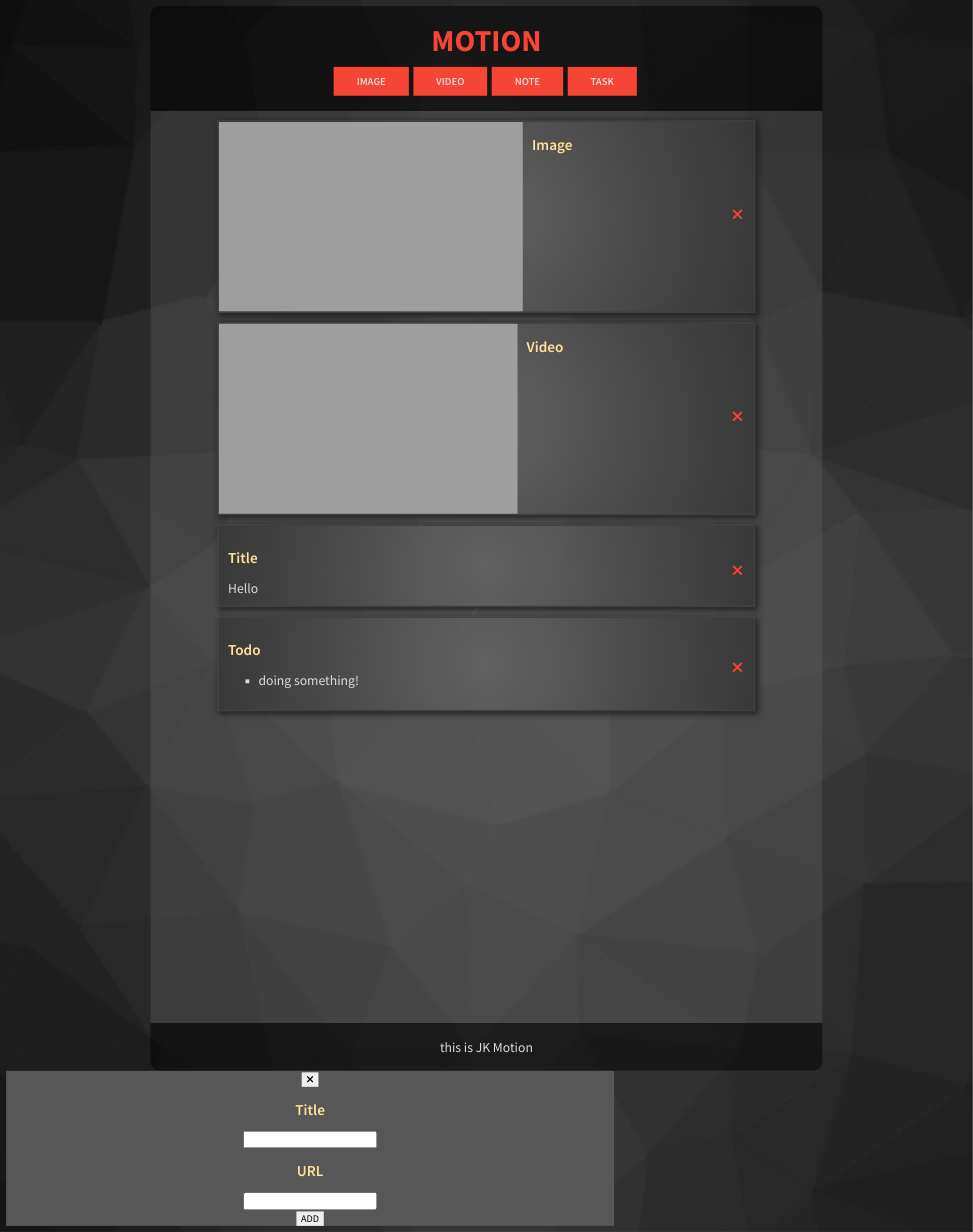
Repository: keehoonjung/Motion-project
Page: index.html
The author's editor kept a copy of each file at every save. The page is drawn from the files as they stood at one save, then again after the next save.
The browser window is 1280 px wide. The pictures show the whole page, at 76% of full size.
Pictures or frames that could not be fetched are drawn as grey boxes. Some web libraries are served in a nearby version.

Above is the page before, as saved 2021-08-23 16:44:12.

After the next save:
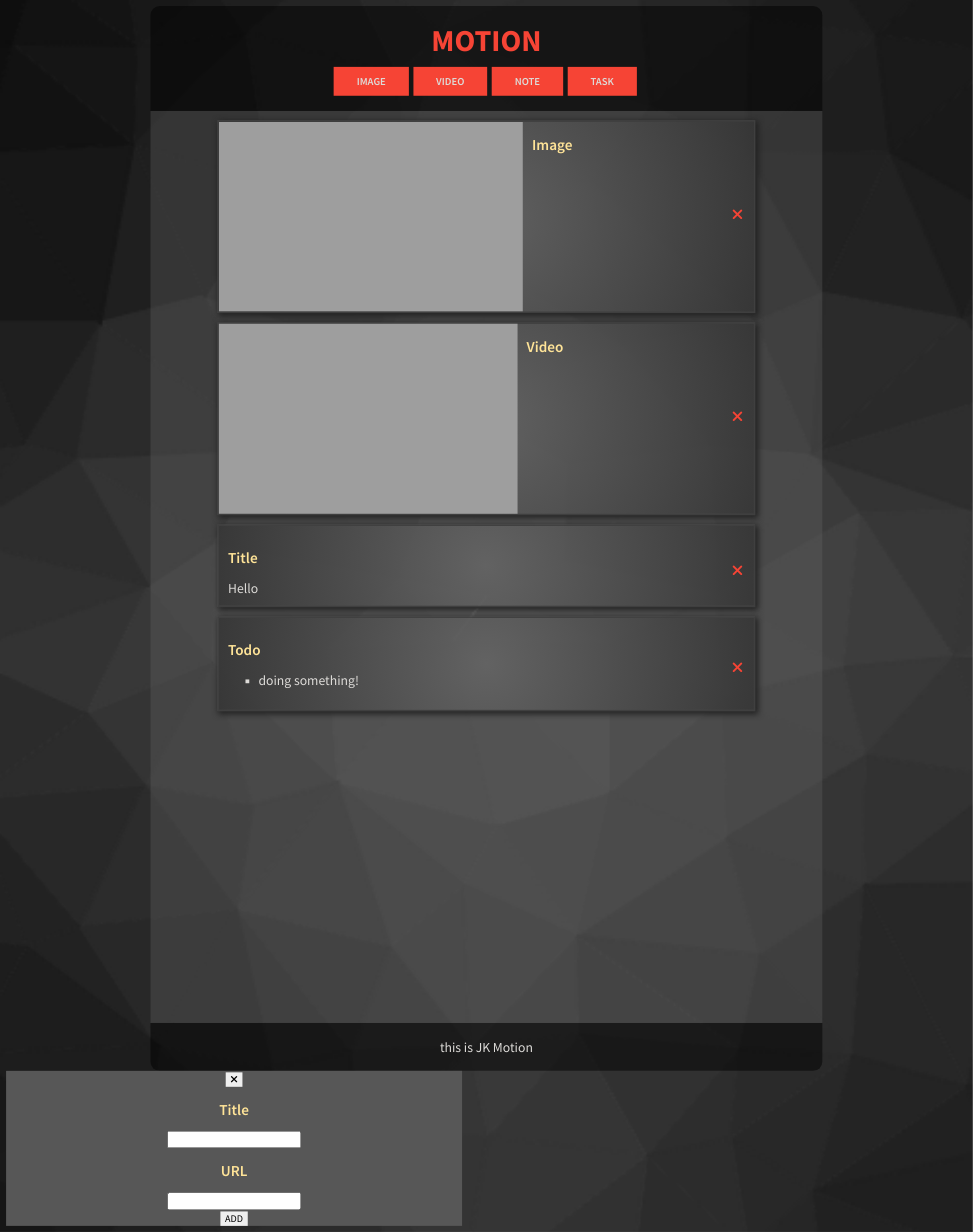
Saved 5 s later.
--- a/style.css
+++ b/style.css
@@ -151,6 +151,6 @@ button {
 }
 
 .popup {
-  width: 800px;
+  width: 600px;
   background: var(--text-edit-bg-color);
 }
